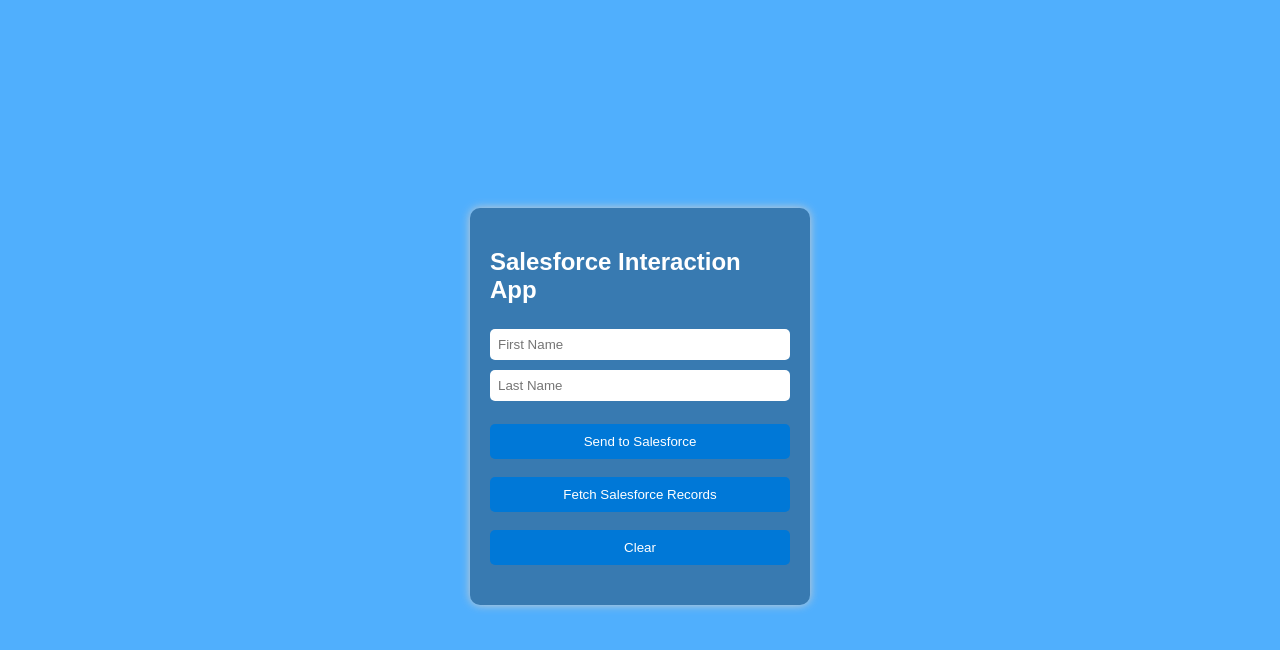
Repository: PamodaW/SalesforceSync
Page: Client/index.html
The author's editor kept a copy of each file at every save. The page is drawn from the files as they stood at one save, then again after the next save.
The browser window is 1280 px wide. The pictures show the whole page.

Above is the page before, as saved 2024-11-20 15:39:17.

After the next save:
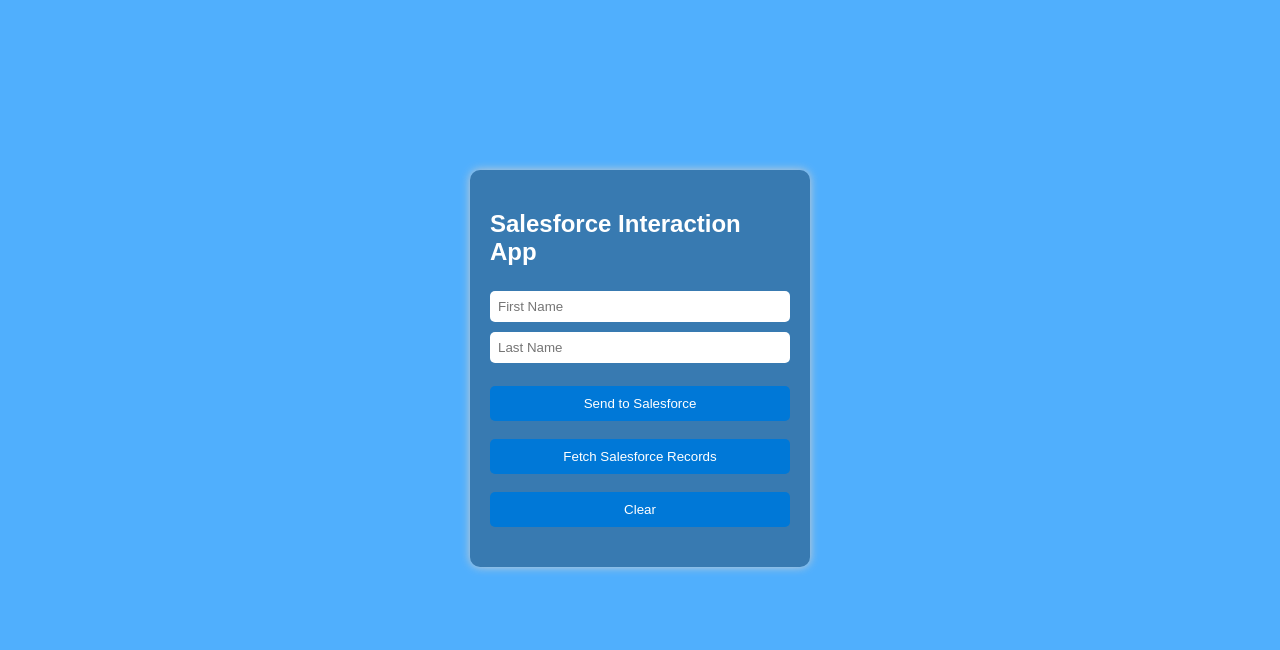
Saved 5 s later.
--- a/Client/style.css
+++ b/Client/style.css
@@ -12,7 +12,7 @@
     box-shadow: 0 0 10px #ccc;
     background-color: rgba(0, 0, 0, 0.3); /* 30% transparent black background */
     color: #ffffff; /* Text color remains opaque */
-    margin-top: 5.5cm;
+    margin-top: 4.5cm;
 }
 
 input {
